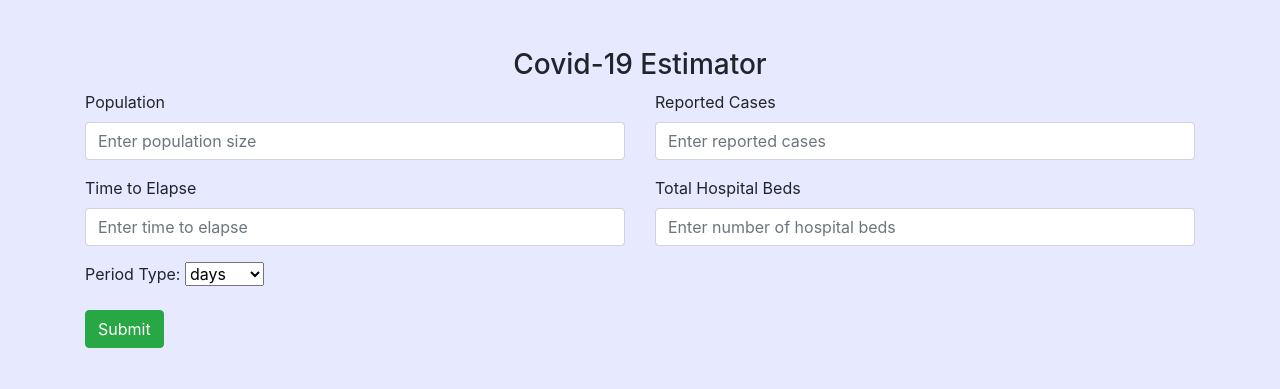
Repository: AbonyiXavier/FrontendUI--challenge-4
Page: index.html
These files come from the project's save history. The page is drawn as it stood at one moment and after the next save; the edit follows.
The browser window is 1280 px wide. The pictures show the whole page.

Above is the page before, as saved 2020-04-11 19:20:32.

### index.html
<!DOCTYPE html>
<html lang="en">
  <head>
    <meta charset="UTF-8" />
    <meta name="viewport" content="width=device-width, initial-scale=1.0" />
    <title>COVID-19 Estimator</title>
    <link rel="stylesheet" href="./CSS/bootstrap.css" />
    <link rel="stylesheet" href="./CSS/style.css" />
  </head>
  <body>
    <div class="container">
      <h3 class="text-center mt-5">Covid-19 Estimator</h3>
      <form>
        <div class="row">
          <div class="col-md-6">
            <div class="form-group">
              <label for="Population">Population</label>
              <input
                id="population"
                type="text"
                class="form-control"
                data-population
                required
                placeholder="Enter population size"
              />
            </div>
            <div class="form-group">
              <label for="Time to Elapse">Time to Elapse</label>
              <input
                id="time-to-Elapse"
                type="text"
                class="form-control"
                data-time-to-elapse
                required
                placeholder="Enter time to elapse"
              />
            </div>
          </div>
          <div class="col-md-6">
            <div class="form-group">
              <label for="Reported Cases">Reported Cases</label>
              <input
                id="reported-cases"
                type="text"
                class="form-control"
                data-reported-cases
                required
                placeholder="Enter reported cases"
              />
            </div>
            <div class="form-group">
              <label for="Total Hospital Beds">Total Hospital Beds</label>
              <input
                id="total-hospital-Beds"
                type="text"
                class="form-control"
                data-total-hospital-beds
                required
                placeholder="Enter number of hospital beds"
              />
            </div>
          </div>
        </div>
        <div class="form-group">
          <label for="cars">Period Type:</label>
          <select id="period-type" data-period-type required>
            <option value="days">days</option>
            <option value="weeks">weeks</option>
            <option value="months">months</option>
          </select>
        </div>
        <button type="submit" class="btn btn-success" data-go-estimate>
          Submit
        </button>
      </form>
    </div>
    <script src="./js/jquery.js"></script>
    <script src="./js/bootstrap.js"></script>
  </body>
</html>

### CSS/style.css
body {
    background: #e6e9ff;
}

Loaded but not shown: CSS/bootstrap.css (library); js/jquery.js (library); js/bootstrap.js (library)

After the next save:
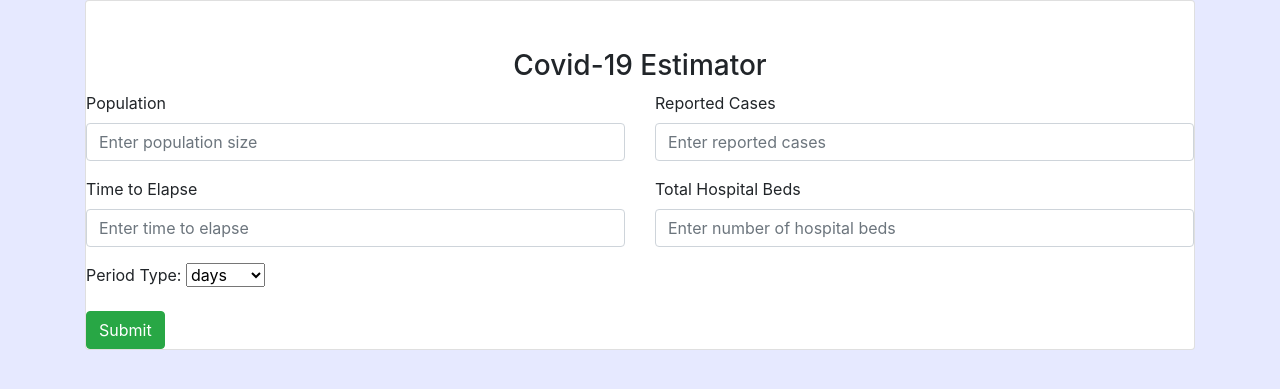
Saved 101 s later.
--- a/index.html
+++ b/index.html
@@ -9,70 +9,72 @@
   </head>
   <body>
     <div class="container">
-      <h3 class="text-center mt-5">Covid-19 Estimator</h3>
-      <form>
-        <div class="row">
-          <div class="col-md-6">
-            <div class="form-group">
-              <label for="Population">Population</label>
-              <input
-                id="population"
-                type="text"
-                class="form-control"
-                data-population
-                required
-                placeholder="Enter population size"
-              />
+      <div class="card">
+        <h3 class="text-center mt-5">Covid-19 Estimator</h3>
+        <form>
+          <div class="row">
+            <div class="col-md-6">
+              <div class="form-group">
+                <label for="Population">Population</label>
+                <input
+                  id="population"
+                  type="text"
+                  class="form-control"
+                  data-population
+                  required
+                  placeholder="Enter population size"
+                />
+              </div>
+              <div class="form-group">
+                <label for="Time to Elapse">Time to Elapse</label>
+                <input
+                  id="time-to-Elapse"
+                  type="text"
+                  class="form-control"
+                  data-time-to-elapse
+                  required
+                  placeholder="Enter time to elapse"
+                />
+              </div>
             </div>
-            <div class="form-group">
-              <label for="Time to Elapse">Time to Elapse</label>
-              <input
-                id="time-to-Elapse"
-                type="text"
-                class="form-control"
-                data-time-to-elapse
-                required
-                placeholder="Enter time to elapse"
-              />
+            <div class="col-md-6">
+              <div class="form-group">
+                <label for="Reported Cases">Reported Cases</label>
+                <input
+                  id="reported-cases"
+                  type="text"
+                  class="form-control"
+                  data-reported-cases
+                  required
+                  placeholder="Enter reported cases"
+                />
+              </div>
+              <div class="form-group">
+                <label for="Total Hospital Beds">Total Hospital Beds</label>
+                <input
+                  id="total-hospital-Beds"
+                  type="text"
+                  class="form-control"
+                  data-total-hospital-beds
+                  required
+                  placeholder="Enter number of hospital beds"
+                />
+              </div>
             </div>
           </div>
-          <div class="col-md-6">
-            <div class="form-group">
-              <label for="Reported Cases">Reported Cases</label>
-              <input
-                id="reported-cases"
-                type="text"
-                class="form-control"
-                data-reported-cases
-                required
-                placeholder="Enter reported cases"
-              />
-            </div>
-            <div class="form-group">
-              <label for="Total Hospital Beds">Total Hospital Beds</label>
-              <input
-                id="total-hospital-Beds"
-                type="text"
-                class="form-control"
-                data-total-hospital-beds
-                required
-                placeholder="Enter number of hospital beds"
-              />
-            </div>
+          <div class="form-group">
+            <label for="cars">Period Type:</label>
+            <select id="period-type" data-period-type required>
+              <option value="days">days</option>
+              <option value="weeks">weeks</option>
+              <option value="months">months</option>
+            </select>
           </div>
-        </div>
-        <div class="form-group">
-          <label for="cars">Period Type:</label>
-          <select id="period-type" data-period-type required>
-            <option value="days">days</option>
-            <option value="weeks">weeks</option>
-            <option value="months">months</option>
-          </select>
-        </div>
-        <button type="submit" class="btn btn-success" data-go-estimate>
-          Submit
-        </button>
-      </form>
+          <button type="submit" class="btn btn-success" data-go-estimate>
+            Submit
+          </button>
+        </form>
+      </div>
     </div>
     <script src="./js/jquery.js"></script>
     <script src="./js/bootstrap.js"></script>
